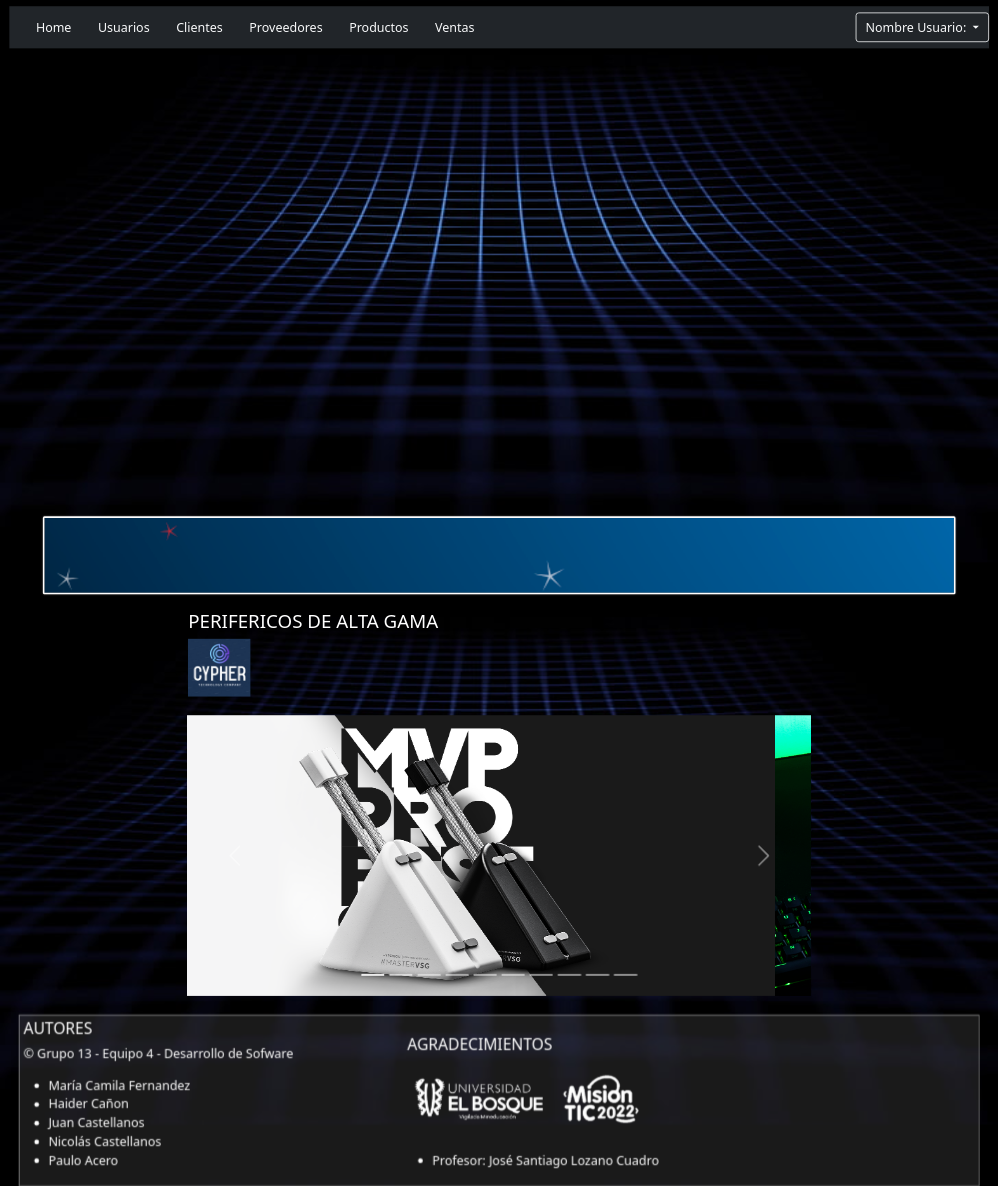
Repository: Grupo13E4/Tienda_Cypher
Page: http://localhost/Ciclo3demo/Principal.jsp
An editor plug-in stored every save of this project. The page is shown before and after the next save, followed by the edit.
The browser window is 1280 px wide. The pictures show the whole page, at 78% of full size.
Backgrounds fixed to the window are drawn as part of the page. The page is served by Tomcat 9. Other server files are loaded and not shown. The template is opened directly, without the code that normally fills it, so the values that code supplies are empty.

Above is the page before, as saved 2021-09-24 13:45:51.

### Ciclo3demo/src/main/webapp/Principal.jsp
<%@ page language="java" contentType="text/html; charset=ISO-8859-1"
	pageEncoding="ISO-8859-1"%>
<!DOCTYPE html>
<html>
<head>
<meta charset="ISO-8859-1">
<link
	href="https://cdn.jsdelivr.net/npm/bootstrap@5.1.0/dist/css/bootstrap.min.css"
	rel="stylesheet"
	integrity="sha384-KyZXEAg3QhqLMpG8r+8fhAXLRk2vvoC2f3B09zVXn8CA5QIVfZOJ3BCsw2P0p/We"
	crossorigin="anonymous">
<link rel="stylesheet"
	href="https://cdnjs.cloudflare.com/ajax/libs/animate.css/4.1.1/animate.min.css" />
<link rel="stylesheet" href="cssPrincipal.css">
<link rel="icon" href="img/icon.jpg" type="image/x-icon">
<title>Página Principal</title>
</head>
<body>

	<div class="container-fluid">
		<nav class="navbar navbar-fixed-top navbar-expand-lg navbar-dark bg-dark mt-2">
			<div class="container-fluid">
				<div class="collapse navbar-collapse" id="navbarNav">
					<ul class="navbar-nav">
						<li class="nav-item"><a
							style="margin-left: 10px; border: none"
							class="btn btn-outline-light" href="Controlador?menu=Principal">Home</a>
						</li>
						<li class="nav-item"><a
							style="margin-left: 10px; border: none"
							class="btn btn-outline-light"
							href="Controlador?menu=Usuarios&accion=Listar" target="myFrame">Usuarios</a>
						</li>
						<li class="nav-item">
							<a style="margin-left: 10px; border: none" class="btn btn-outline-light"
							href="Controlador?menu=Clientes"
							target="myFrame">Clientes</a>
						</li>
						<li class="nav-item">
							<a
							style="margin-left: 10px; border: none"
							class="btn btn-outline-light" href="Controlador?menu=Proveedores"
							target="myFrame">Proveedores</a>
						</li>
						<li class="nav-item">
							<a
							style="margin-left: 10px; border: none"
							class="btn btn-outline-light" href="Controlador?menu=Productos"
							target="myFrame">Productos</a>
						</li>
						<li class="nav-item">
							<a
							style="margin-left: 10px; border: none"
							class="btn btn-outline-light" href="Controlador?menu=Ventas"
							target="myFrame">Ventas</a>
						</li>
					</ul>
				</div>
			</div>
			<div class="dropdown">
				<button class="btn btn-outline-light dropdown-toggle" type="button"
					id="dropdownMenuButton1" data-bs-toggle="dropdown"
					aria-expanded="false">Nombre Usuario:
					${usuario.getNombre_usuario()}</button>
				<div class="dropdown-menu" aria-labelledby="dropdownMenuButton1">
					<a class="dropdown-item" href="#"><img src="img/User.png"
						width="40" alt="40"></a> <a class="dropdown-item" href="#">${usuario.getUsuario()}</a>
					<a class="dropdown-item" href="#">${usuario.getEmail_usuario()}</a>
					<div class="dropdown-divider"></div>
					<form class="dropdown-item" method="POST" action="#">
						<button class="btn btn-danger center-block" type="submit"
							name="accion" value="Salir">Cerrar Sesion</button>
					</form>
				</div>
			</div>
		</nav>
	</div>



	<div class="m-4" style="height: 550px;">
			<iframe style="height: 100%; width: 100%; border: none"
				name="myFrame">
					<!--Inicio Banner-->

	</iframe>

	<div class = "banner">
                <h1>TIENDA HIGH TECH CYPHER</h1>
            </div>
    <!--Fin Banner-->

	<!-- Inicio Login -->
	<div class = "container col-lg-8">

		<div class="logo">
			<h4>PERIFERICOS DE ALTA GAMA</h4>
			<img src="img/icon.jpg" class="icon" alt="70" width="80"/>
		</div>


<!--inicio Slider Carrousel-->
		<div id="carouselExampleCaptions" class="carousel slide mb-4 mt-4" data-bs-ride="carousel">
		  <div class="carousel-indicators">
		    <button type="button" data-bs-target="#carouselExampleCaptions" data-bs-slide-to="0" class="active" aria-current="true" aria-label="Slide 1"></button>
		    <button type="button" data-bs-target="#carouselExampleCaptions" data-bs-slide-to="1" aria-label="Slide 2"></button>
		    <button type="button" data-bs-target="#carouselExampleCaptions" data-bs-slide-to="2" aria-label="Slide 3"></button>
		    <button type="button" data-bs-target="#carouselExampleCaptions" data-bs-slide-to="3" aria-label="Slide 4"></button>
		    <button type="button" data-bs-target="#carouselExampleCaptions" data-bs-slide-to="4" aria-label="Slide 5"></button>
		    <button type="button" data-bs-target="#carouselExampleCaptions" data-bs-slide-to="5" aria-label="Slide 6"></button>
		    <button type="button" data-bs-target="#carouselExampleCaptions" data-bs-slide-to="6" aria-label="Slide 7"></button>
		    <button type="button" data-bs-target="#carouselExampleCaptions" data-bs-slide-to="7" aria-label="Slide 8"></button>
		    <button type="button" data-bs-target="#carouselExampleCaptions" data-bs-slide-to="8" aria-label="Slide 9"></button>
		    <button type="button" data-bs-target="#carouselExampleCaptions" data-bs-slide-to="9" aria-label="Slide 10"></button>
		  </div>
		  <div class="carousel-inner">
		    <div class="carousel-item active">
		      <img src="imgslider/img1.png" class="d-block w-100" alt="img1" width="400" height="360">
		    </div>
		    <div class="carousel-item">
		      <img src="imgslider/img2.png" class="d-block w-100" alt="img1" width="400" height="360">
		  </div>
		  <div class="carousel-item">
		      <img src="imgslider/img3.png" class="d-block w-100" alt="img1" width="400" height="360">
		  </div>
		  <div class="carousel-item">
		      <img src="imgslider/img4.png" class="d-block w-100" alt="img1" width="400" height="360">
		  </div>
		  <div class="carousel-item">
		      <img src="imgslider/img5.png" class="d-block w-100" alt="img1" width="400" height="360">
		  </div>
		  <div class="carousel-item">
		      <img src="imgslider/img6.png" class="d-block w-100" alt="img1" width="400" height="360">
		  </div>
		  <div class="carousel-item">
		      <img src="imgslider/img7.png" class="d-block w-100" alt="img1" width="400" height="360">
		  </div>
		  <div class="carousel-item">
		      <img src="imgslider/img8.png" class="d-block w-100" alt="img1" width="400" height="360">
		  </div>
		  <div class="carousel-item">
		      <img src="imgslider/img9.png" class="d-block w-100" alt="img1" width="400" height="360">
		  </div>
		  <div class="carousel-item">
		      <img src="imgslider/img10.png" class="d-block w-100" alt="img1" width="400" height="360">
		  </div>
		  <button class="carousel-control-prev" type="button" data-bs-target="#carouselExampleCaptions" data-bs-slide="prev">
		    <span class="carousel-control-prev-icon" aria-hidden="true"></span>
		    <span class="visually-hidden">Previous</span>
		  </button>
		  <button class="carousel-control-next" type="button" data-bs-target="#carouselExampleCaptions" data-bs-slide="next">
		    <span class="carousel-control-next-icon" aria-hidden="true"></span>
		    <span class="visually-hidden">Next</span>
		  </button>
		</div>
		<!--Fin Slider Carrousel-->
		</div>
</div>

	<!-- Inicio Footer -->
	<footer class="footer col-lg-12">
		<section class="section">
		<div class="autores">
			 <h5>AUTORES</h5>
                <p>&copy; Grupo 13 - Equipo 4 - Desarrollo de Sofware</p>
                 <ul>
                    <li><a href="#">María Camila Fernandez</a></li>
                    <li><a href="#">Haider Cañon</a></li>
                    <li><a href="#">Juan Castellanos</a></li>
                    <li><a href="#">Nicolás Castellanos</a></li>
                    <li><a href="#">Paulo Acero</a></li>

                </ul>
		</div>
		<div class="agra">
		<h5>AGRADECIMIENTOS</h5>
                <p>
                	<a href="#"><img alt="Mintic2022" src="img/minticuec.png"></a>

                </p>
                 <ul>
                    <li><a href="#">Profesor: José Santiago Lozano Cuadro</a></li>
                </ul>
		</div>
		</section>
	</footer>
	<!-- Fin Footer -->
	</div>


	<script
		src="https://cdn.jsdelivr.net/npm/@popperjs/core@2.9.3/dist/umd/popper.min.js"
		integrity="sha384-W8fXfP3gkOKtndU4JGtKDvXbO53Wy8SZCQHczT5FMiiqmQfUpWbYdTil/SxwZgAN"
		crossorigin="anonymous">
	</script>
	<script src="https://cdn.jsdelivr.net/npm/bootstrap@5.1.1/dist/js/bootstrap.min.js"
		integrity="sha384-skAcpIdS7UcVUC05LJ9Dxay8AXcDYfBJqt1CJ85S/CFujBsIzCIv+l9liuYLaMQ/"
		crossorigin="anonymous">
	</script>
</body>
</html>

### Ciclo3demo/src/main/webapp/cssPrincipal.css
@charset "ISO-8859-1";

body {

    margin: 0;
    background: url(img/wallpaper1.jpg);
    background-size: cover;
    background-attachment: fixed;
}

/*Banner*/
.banner {
	margin: 0 auto;
    width: 95%;
    height: 100px;
    border: 2px solid white;
    box-shadow: 0px 0px 2px gray;
    background: url("img/bakbaner.png");
    background-position: -300px -200px;
    margin-top: 20px;
    margin-bottom: 20px;
    border-radius: 2px;
    overflow: hidden;
    animation: backBanner 10s linear;
}

@keyframes backBanner {
    0% {
        background-position: 0px 0px;
    }
    100% {
        background-position: -300px -200px;
    }
}


.banner h1 {
    display: block;
    width: 100%;
    color: white;
    font-size: 45px;
    text-align: center;
    font-weight: normal;
    letter-spacing: 2px;
    text-shadow: 2px 2px 4px black;
    margin: 20px auto;
    margin-bottom: 20px;
    animation: showText 10s linear;
}

@keyframes showText {
    0% {
        transform: translateX(-600%) scale(5,5);
        opacity: 1;
    }
    50% {
        transform: translateX(600%) scale(5,5);
        opacity: 1;
    }
    75% {
        transform: translateX(-600%) scale(5,5);
        text-shadow: none;
        color: transparent;
        opacity: 0;
    }
    100% {
        transform: translateX(0%) scale(1,1);
        text-shadow: 2px 2px 4px black;
        color: white;
        opacity: 1;
    }
}

.footer{
	width: 100%;
	margin-top: 20px;
	padding: 5px;
	background-color: rgba(255, 255, 255, 0.1);
	backdrop-filter: blur(2px);
	border: solid 1px rgba(255, 255, 255, 0.5);
	color: white;

}

.autores {
	float: none;
	display: inline-block;
	width: 40%;
}

.agra {
	float: none;
	display: inline-block;
	width: 40%;
}

.footer img{
	width: 300px;
	height: 80px;
	margin: 10px;
	animation: zoomInUp;
    animation-duration: 4s;
}

.footer a {
    text-decoration: none;
    color: white;
    transition: all 300ms;
}

.footer ul li:hover a {
    padding-left: 30px;
    color: #37bcf9;
    width: 100%;
}

h4 {
	color: white;
}

After the next save:
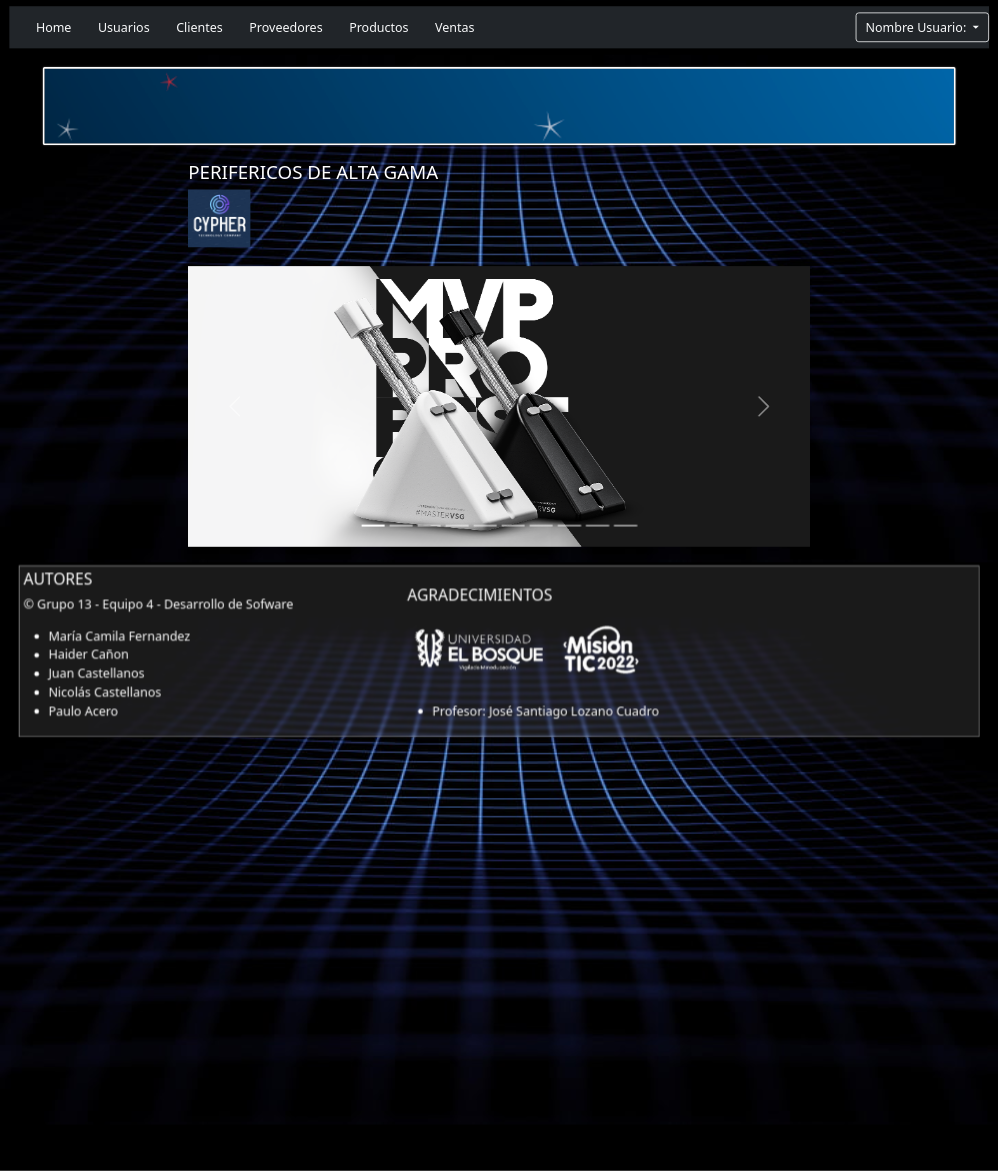
Saved 5 min 13 s later.
--- a/Ciclo3demo/src/main/webapp/Principal.jsp
+++ b/Ciclo3demo/src/main/webapp/Principal.jsp
@@ -79,9 +79,7 @@
 
 
 	<div class="m-4" style="height: 550px;">
-			<iframe style="height: 100%; width: 100%; border: none"
-				name="myFrame">
-					<!--Inicio Banner-->
+						<!--Inicio Banner-->
 
 	</iframe>
 
@@ -185,6 +183,9 @@
 		</section>
 	</footer>
 	<!-- Fin Footer -->
+			<iframe style="height: 100%; width: 100%; border: none"
+				name="myFrame">
+
 	</div>
 
 

After the save that followed:
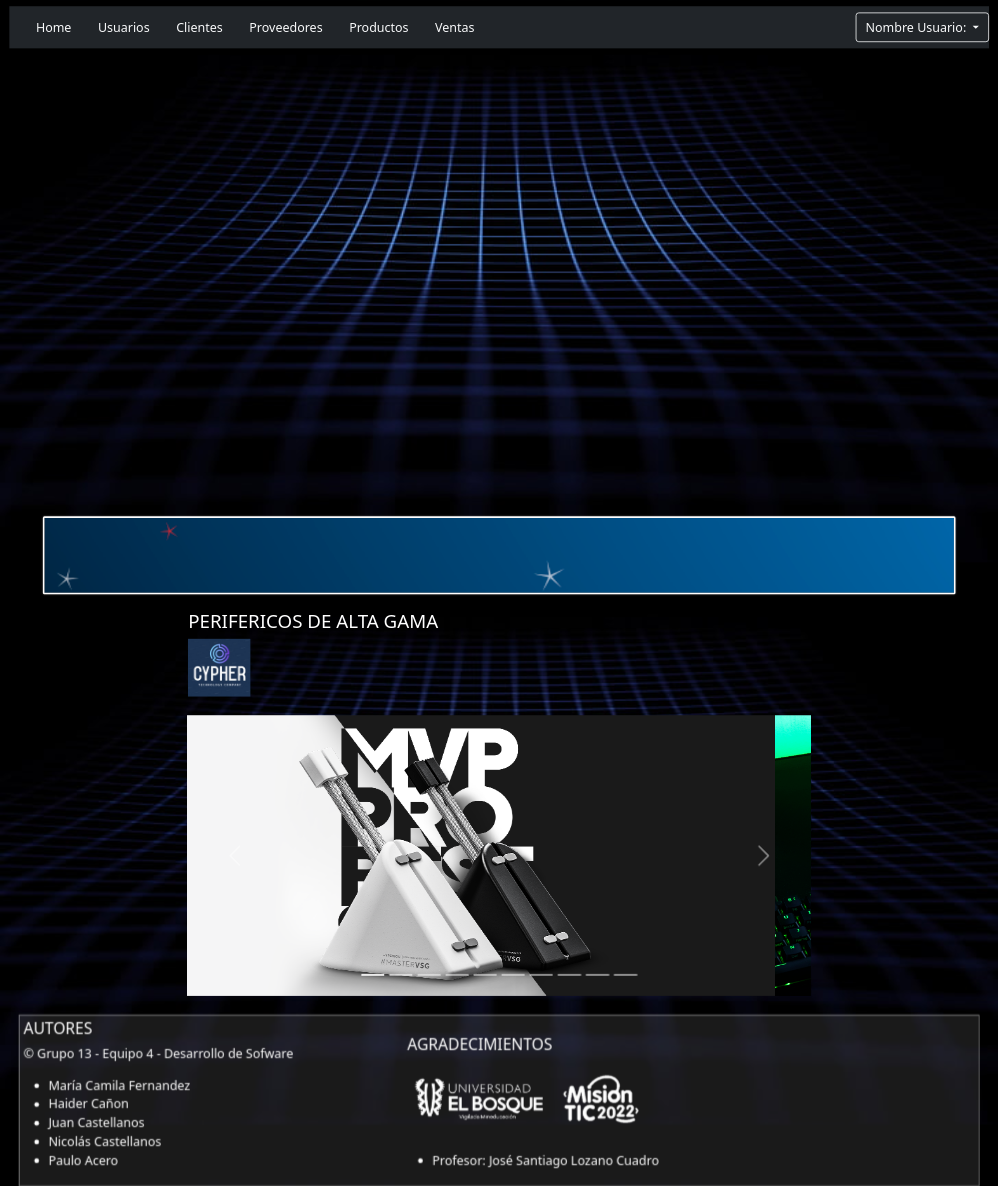
Saved 2 min 6 s later.
--- a/Ciclo3demo/src/main/webapp/Principal.jsp
+++ b/Ciclo3demo/src/main/webapp/Principal.jsp
@@ -79,6 +79,12 @@
 
 
 	<div class="m-4" style="height: 550px;">
+
+			<iframe style="height: 100%; width: 100%; border: none"
+				name="myFrame">
+
+	</div>
+
 						<!--Inicio Banner-->
 
 	</iframe>
@@ -183,11 +189,6 @@
 		</section>
 	</footer>
 	<!-- Fin Footer -->
-			<iframe style="height: 100%; width: 100%; border: none"
-				name="myFrame">
-
-	</div>
-
 
 	<script
 		src="https://cdn.jsdelivr.net/npm/@popperjs/core@2.9.3/dist/umd/popper.min.js"
